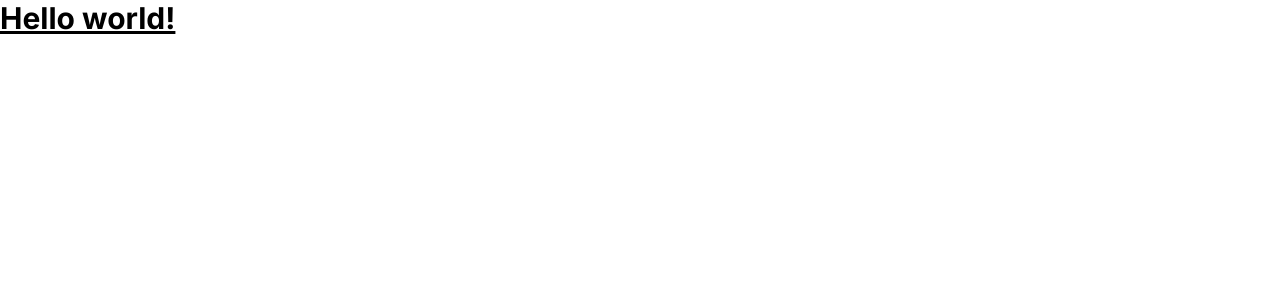
Repository: gimoli/loja-digital
Page: index.html
The author's editor kept a copy of each file at every save. The page is drawn from the files as they stood at one save, then again after the next save.
The browser window is 1280 px wide. The pictures show the whole page.

Above is the page before, as saved 2025-04-22 09:18:20.

### index.html
<!DOCTYPE html>
<html lang="en">
<head>
    <meta charset="UTF-8">
    <meta name="viewport" content="width=device-width, initial-scale=1.0">
    <title>Document</title>
    <script src="https://cdn.jsdelivr.net/npm/@tailwindcss/browser@4"></script>
   <link rel="shortcut icon" href="./assets/DRIP STORE - DIGITAL COLLEGE (Copy) (Copy).zip" type="image/x-icon">
    <link rel="stylesheet" href="style.css">
        </head>
<body>
    <h1 class="text-3xl font-bold underline text-clifford">
        Hello world!
      </h1>

</body>
</html>

### style.css
@import url('https://fonts.googleapis.com/css2?family=Inter:ital,opsz,wght@0,14..32,100..900;1,14..32,100..900&display=swap');

:root {
    font-family: "Inter", sans-serif;
    --dark-gray: #1F1F1F;
    --dark-gray-2: #474747;
    --dark-gray-3: #666666;
    --light-gray: #8F8F8F;
    --light-gray-2: #CCCCCC;
    --light-gray-3: #F5F5F5;
    --white: #FFFFFF;
    --primary-color: #C92071;
    --secondary-color: #B5B6F2;
    --tertiary-color: #991956;
    --error-color: #EE4266;
    --success-color: #52CA76;
    --warnig-color: #F6AA1C;
    --primary-gradient: 180deg, #C92071, #EDABCA;
    --secondary-gradient: 180deg, #B5B6F2, #EFEFFF;
}

@theme {

}

After the next save:
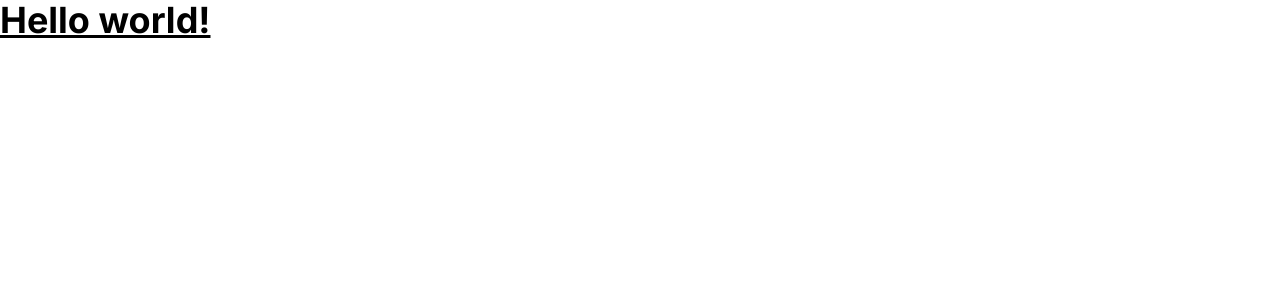
Saved 3 min 9 s later.
--- a/index.html
+++ b/index.html
@@ -9,7 +9,7 @@
     <link rel="stylesheet" href="style.css">
         </head>
 <body>
-    <h1 class="text-3xl font-bold underline text-clifford">
+    <h1 class="text-4xl font-bold underline text-clifford">
         Hello world!
       </h1>
 
